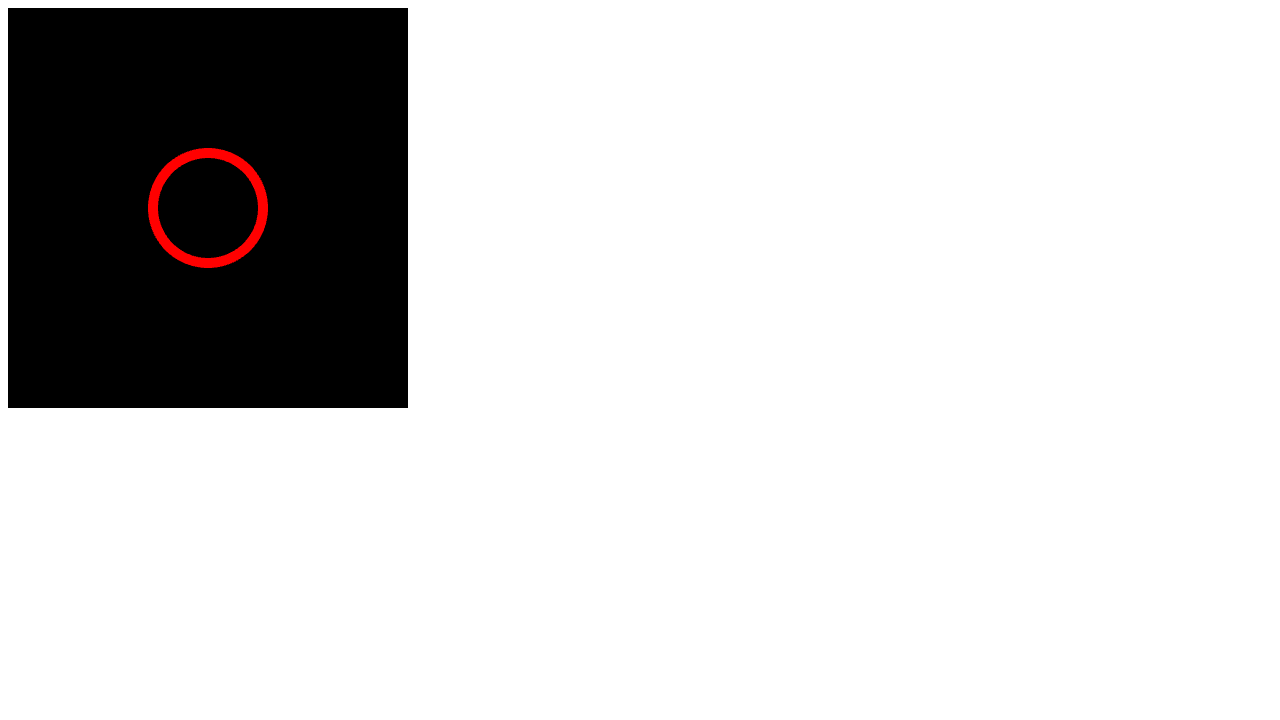
Repository: ChristeZeng/ComputerGraphics
Page: Lab2/Test.html
These files come from the project's save history. The page is drawn as it stood at one moment and after the next save; the edit follows.
The browser window is 1280 px wide. The pictures show the whole page.

Above is the page before, as saved 2021-10-02 17:18:56.

After the next save:
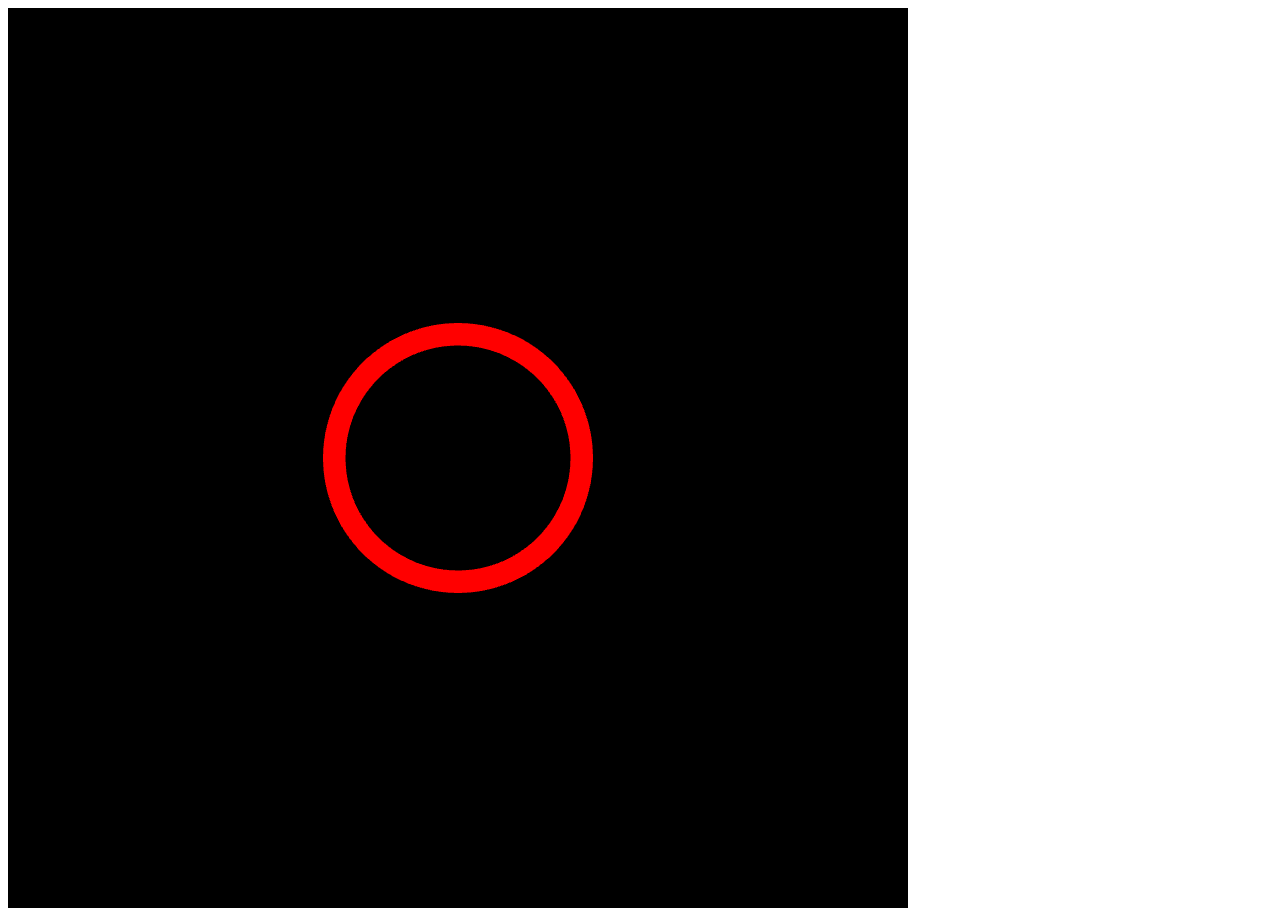
Saved 18 s later.
--- a/Lab2/Test.html
+++ b/Lab2/Test.html
@@ -4,7 +4,7 @@
   <title>Test</title>
 </head>
 <body onload="main()">
-  <canvas id="gl-canvas" width="400" height="400"></canvas>
+  <canvas id="gl-canvas" width="900" height="900"></canvas>
   <script src="Test.js"></script>
 </body>
 </html>
